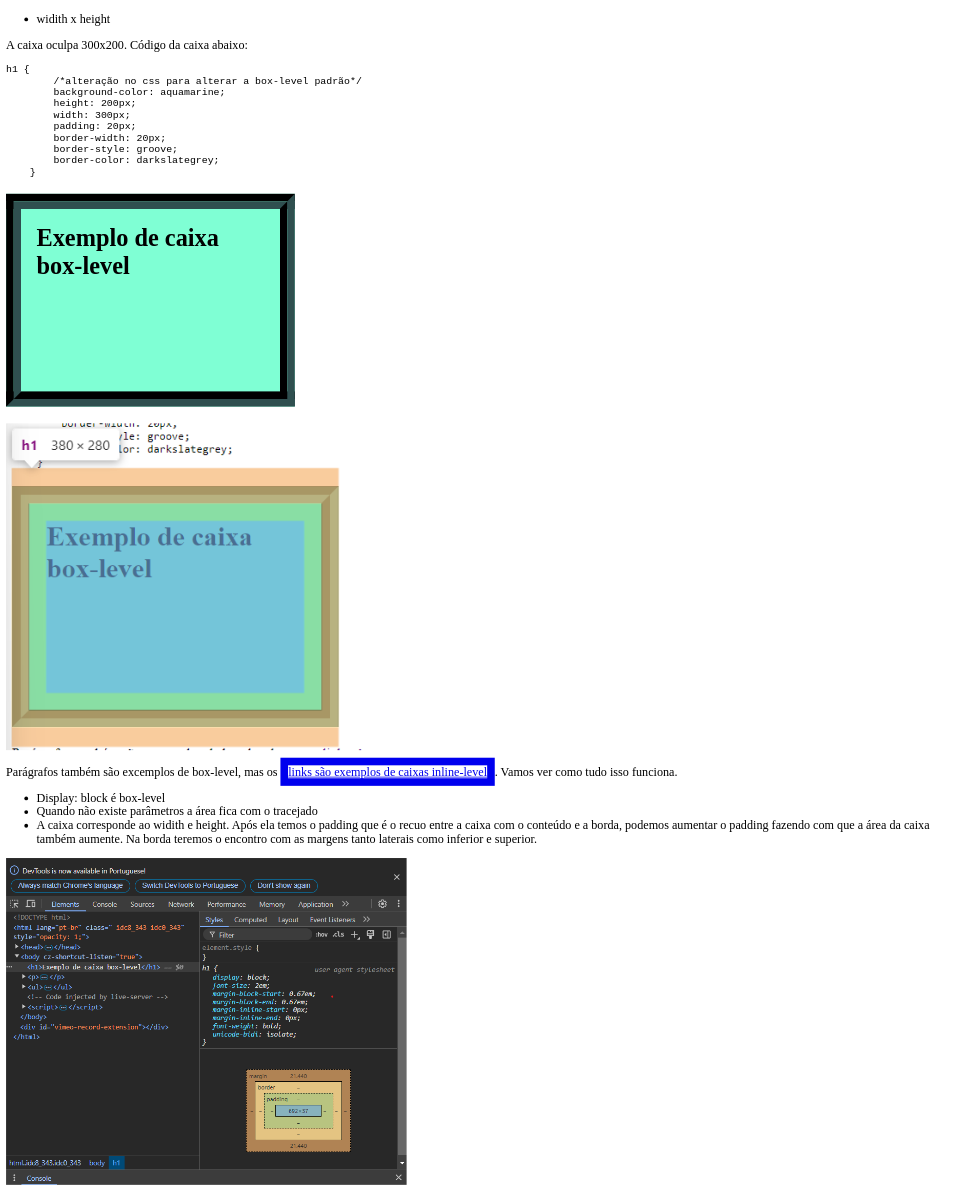
Repository: Willcmorais/vscode-workspace
Page: html-css/curso-em-video/modulo02/estudos/ex026-caixas/caixa01.html
An editor plug-in stored every save of this project. The page is shown before and after a run of saves, followed by the edit.
The browser window is 1280 px wide. The pictures show the whole page, at 76% of full size.

Above is the page before, as saved 2024-09-24 10:45:09.

### html-css/curso-em-video/modulo02/estudos/ex026-caixas/caixa01.html
<!DOCTYPE html>
<html lang="pt-br">

<head>
    <meta charset="UTF-8">
    <meta name="viewport" content="width=device-width, initial-scale=1.0">
    <link rel="stylesheet" href="style.css">
    <title>Modelo de Caixas</title>
</head>

<body>
    <ul>
        <li>widith x height</li>
    </ul>
    <p>A caixa oculpa 300x200. Código da caixa abaixo:</p>
    <pre><code>h1 {
        /*alteração no css para alterar a box-level padrão*/
        background-color: aquamarine;
        height: 200px;
        width: 300px;
        padding: 20px;
        border-width: 20px;
        border-style: groove;
        border-color: darkslategrey;
    }</code></pre>
    <h1>Exemplo de caixa box-level</h1>
    <img src="imgs/img2.png" alt="detalhes">
    <p>
        Parágrafos também são excemplos de box-level, mas os <a href="#">links são exemplos de caixas inline-level</a>.
        Vamos ver como tudo isso funciona.</p>
    <ul>
        <li>Display: block é box-level</li>
        <li>Quando não existe parâmetros a área fica com o tracejado</li>
        <li>A caixa corresponde ao widith e height. Após ela temos o padding que é o recuo entre a caixa com o conteúdo
            e a borda, podemos aumentar o padding fazendo com que a área da caixa também aumente. Na borda teremos o
            encontro com as margens tanto laterais como inferior e superior.</li>
    </ul>

    <img src="imgs/img1.png" alt="devltools caixas">
</body>

</html>

### html-css/curso-em-video/modulo02/estudos/ex026-caixas/style.css
@charset "utf8";

h1 {
    /*alteração no css para alterar a box-level padrão*/
    background-color: aquamarine;
    height: 200px;
    width: 300px;
    padding: 20px;
    border-width: 20px;
    border-style: groove;
    border-color: darkslategrey;
}

a {
    border-width: 10px;
    border-style: solid;
    border-color:;
}

img {
    height: 430px;
}

After the next 2 saves:
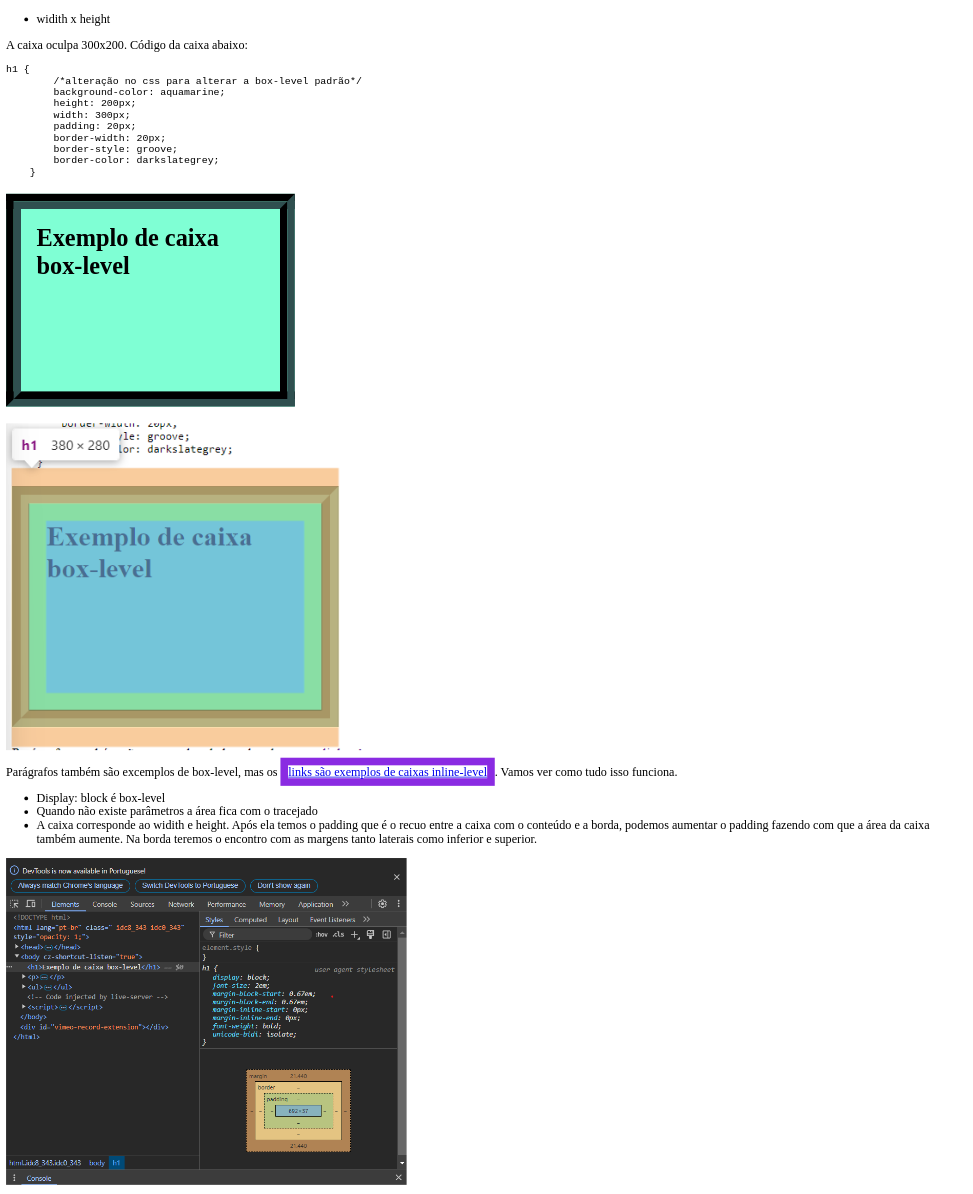
The 2 saves are shown as one change because they came seconds apart.
The last was saved 8 s later.
--- a/html-css/curso-em-video/modulo02/estudos/ex026-caixas/style.css
+++ b/html-css/curso-em-video/modulo02/estudos/ex026-caixas/style.css
@@ -14,7 +14,7 @@ h1 {
 a {
     border-width: 10px;
     border-style: solid;
-    border-color:;
+    border-color: blueviolet;
 }
 
 img {
